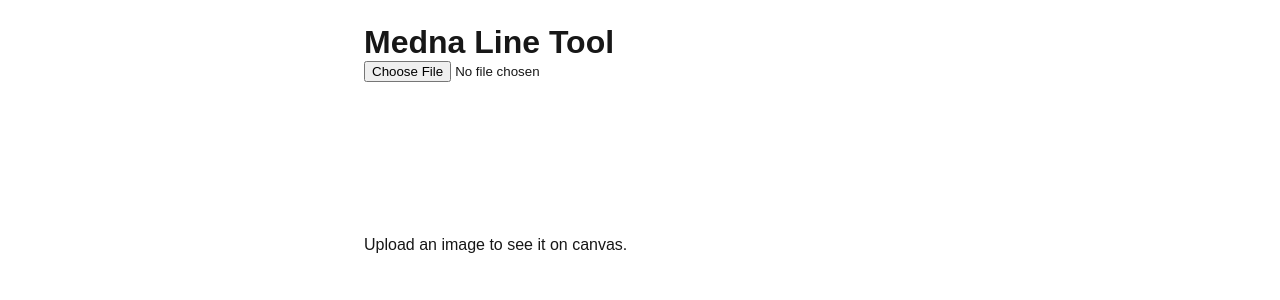
Repository: Sumaiya43/medna-tools
Page: /
The author's editor kept a copy of each file at every save. The page is drawn from the files as they stood at one save, then again after the next save.
The browser window is 1280 px wide. The pictures show the whole page.
The project was rebuilt for these pictures with package versions that can differ from the ones it lists, and the page was loaded fresh each time. The framework's server and built-in components were replaced by stand-ins that run in the browser. Also part of the build but not shown: next.config.mjs.

Above is the page before, as saved 2026-02-26 02:40:33.

### src/app/layout.js
import { Geist, Geist_Mono } from "next/font/google";
import "./globals.css";

const geistSans = Geist({
  variable: "--font-geist-sans",
  subsets: ["latin"],
});

const geistMono = Geist_Mono({
  variable: "--font-geist-mono",
  subsets: ["latin"],
});

export const metadata = {
  title: "Medna Medical Equipment",
  description:
    "Medna Medical Equipment is a leading provider of high-quality medical equipment and supplies. We offer a wide range of products to meet the needs of healthcare professionals and institutions. Our commitment to excellence and customer satisfaction sets us apart in the industry.",
};

export default function RootLayout({ children }) {
  return (
    <html lang="en">
      <body className={`${geistSans.variable} ${geistMono.variable}`}>
        {children}
      </body>
    </html>
  );
}

### src/app/page.js
"use client";
import style from "./page.module.css";

import { useRef, useState } from "react";

export default function Home() {
  const canvasRef = useRef(null);
  const [imgObj, setImgObj] = useState(null);

  function drawImageOnCanvas(image) {
    const canvas = canvasRef.current;
    if (!canvas) return;

    const ctx = canvas.getContext("2d");
    if (!ctx) return;

    canvas.width = image.width;
    canvas.height = image.height;

    ctx.clearRect(0, 0, canvas.width, canvas.height);
    ctx.drawImage(image, 0, 0);
  }

  function handleUpload(e) {
    const file = e.target.files?.[0];
    if (!file) return;

    const url = URL.createObjectURL(file);

    const image = new Image();
    image.onload = () => {
      setImgObj(image);
      drawImageOnCanvas(image);
    };
    image.src = url;
  }

  return (
    <main className={style.page}>
      <h1 className="title">Medna Line Tool</h1>

      <input
        className="upload"
        type="file"
        accept="image/*"
        onChange={handleUpload}
      />

      <div className="canvasBox">
        <canvas ref={canvasRef} className="canvas" />
      </div>

      {!imgObj && <p className="note">Upload an image to see it on canvas.</p>}
    </main>
  );
}

### src/app/globals.css
:root {
  --background: #ffffff;
  --foreground: #171717;
}

@media (prefers-color-scheme: dark) {
  :root {
    --background: #f2efef;
    --foreground: #090808;
  }
}

html,
body {
  max-width: 100vw;
  overflow-x: hidden;
}

body {
  color: var(--foreground);
  background: var(--background);
  font-family: Arial, Helvetica, sans-serif;
  -webkit-font-smoothing: antialiased;
  -moz-osx-font-smoothing: grayscale;
}

* {
  box-sizing: border-box;
  padding: 0;
  margin: 0;
}

a {
  color: inherit;
  text-decoration: none;
}

@media (prefers-color-scheme: dark) {
  html {
    color-scheme: dark;
  }
}

### src/app/page.module.css
.page {
  max-width: 600px;
  max-height: 50vh;
  margin: 0 auto;
  padding: 24px;
  font-family: Arial, sans-serif;
}

.title {
  margin: 0 0 12px;
}

.upload {
  margin: 10px 0 0;
}

.canvasBox {
  margin-top: 12px;
  border: 1px solid #ccc;
  border-radius: 12px;
  overflow: auto;
  background: #fff;
}

.canvas {
  display: block;
  max-width: 100%;
  cursor: crosshair;
}

.note {
  margin-top: 12px;
  color: #666;
  font-size: 14px;
}

After the next save:
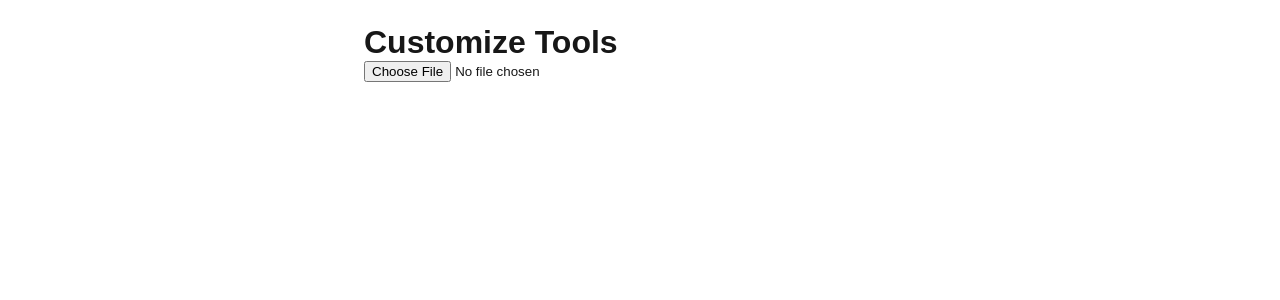
Saved 66 s later.
--- a/src/app/page.js
+++ b/src/app/page.js
@@ -1,56 +1,33 @@
 "use client";
-import style from "./page.module.css";
-
-import { useRef, useState } from "react";
+import Image from "next/image";
+import styles from "./page.module.css";
+import { useState } from "react";
 
 export default function Home() {
-  const canvasRef = useRef(null);
-  const [imgObj, setImgObj] = useState(null);
+  const [imageUrl, setImageUrl] = useState(null);
 
-  function drawImageOnCanvas(image) {
-    const canvas = canvasRef.current;
-    if (!canvas) return;
-
-    const ctx = canvas.getContext("2d");
-    if (!ctx) return;
-
-    canvas.width = image.width;
-    canvas.height = image.height;
-
-    ctx.clearRect(0, 0, canvas.width, canvas.height);
-    ctx.drawImage(image, 0, 0);
-  }
-
-  function handleUpload(e) {
+  const handleUpload = (e) => {
     const file = e.target.files?.[0];
     if (!file) return;
 
     const url = URL.createObjectURL(file);
-
-    const image = new Image();
-    image.onload = () => {
-      setImgObj(image);
-      drawImageOnCanvas(image);
-    };
-    image.src = url;
-  }
+    setImageUrl(url);
+  };
 
   return (
-    <main className={style.page}>
-      <h1 className="title">Medna Line Tool</h1>
+    <div className={styles.page}>
+      <main className={styles.main}>
+        <h1>Customize Tools</h1>
 
-      <input
-        className="upload"
-        type="file"
-        accept="image/*"
-        onChange={handleUpload}
-      />
+        <input type="file" accept="image/*" onChange={handleUpload} />
 
-      <div className="canvasBox">
-        <canvas ref={canvasRef} className="canvas" />
-      </div>
-
-      {!imgObj && <p className="note">Upload an image to see it on canvas.</p>}
-    </main>
+        {imageUrl && (
+          <div>
+            <p>Image Loaded</p>
+            <Image src={imageUrl} alt="Uploaded" width={300} height={300} />
+          </div>
+        )}
+      </main>
+    </div>
   );
 }
